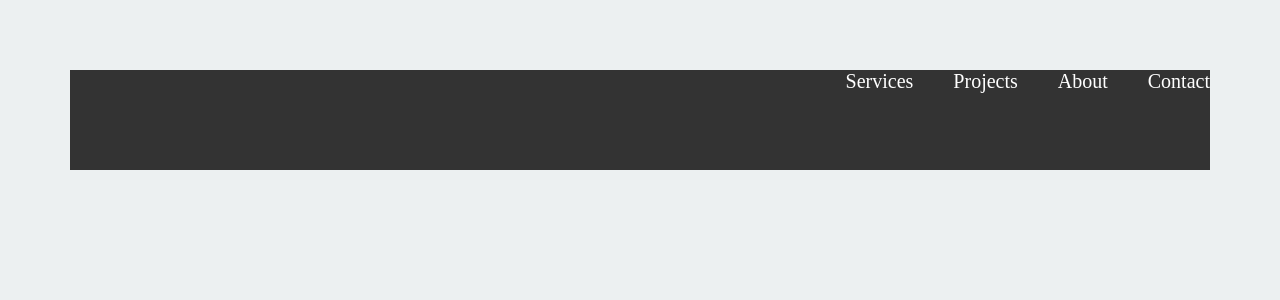
Repository: arifshahriyarnader/css-flexbox
Page: Exercise 1/index.html
The author's editor kept a copy of each file at every save. The page is drawn from the files as they stood at one save, then again after the next save.
The browser window is 1280 px wide. The pictures show the whole page.

Above is the page before, as saved 2024-06-15 15:50:25.

### Exercise 1/index.html
<!DOCTYPE html>
<html lang="en">
<head>
    <meta charset="UTF-8">
    <meta name="viewport" content="width=device-width, initial-scale=1.0">
    <title>Navbar Using Flexbox</title>
    <link rel="stylesheet" href="css/style.css">
</head>
<body>
   <nav class="menubar_sec">
        <div></div>
        <div class="leftmenu_link">
            <ul>
                <li><a href="#">Services</a></li>
                <li><a href="#">Projects</a></li>
                <li><a href="#">About</a></li>
                <li><a href="#">Contact</a></li>
            </ul>
           </div>

   </nav>
</body>
</html>

### Exercise 1/css/style.css
*{
    margin: 0px;
    padding: 0px;
}

ul{
    list-style: none;
}
a{
    text-decoration: none;
}
body{
    background-color: #ECF0F1;
}
.menubar_sec{
    background-color:#333333;
    min-height: 100px;
    margin: 70px;
    display:flex;
    justify-content: end;
}

.leftmenu_link ul{
    display: flex;
    gap:40px;
    /* padding:40px 80px 0px 40px; */

}

.leftmenu_link ul li a{
    color:#fff;
    font-size:20px;
    cursor: pointer;
}

After the next save:
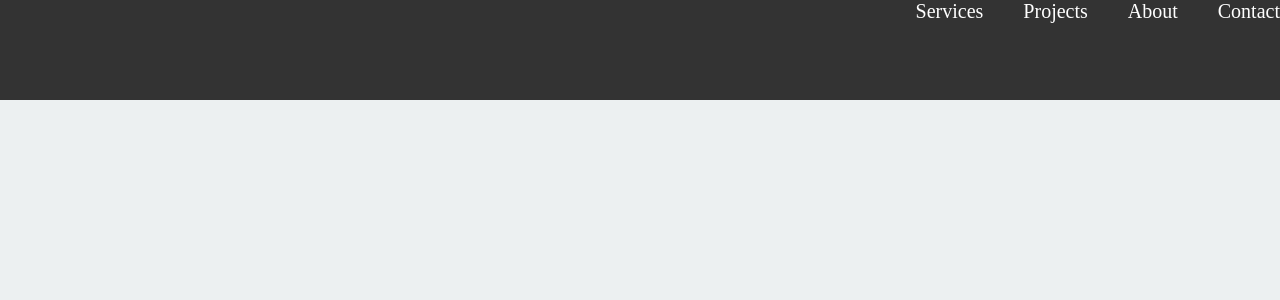
Saved 12 s later.
--- a/Exercise 1/css/style.css
+++ b/Exercise 1/css/style.css
@@ -15,7 +15,7 @@ body{
 .menubar_sec{
     background-color:#333333;
     min-height: 100px;
-    margin: 70px;
+    /* margin: 70px; */
     display:flex;
     justify-content: end;
 }
